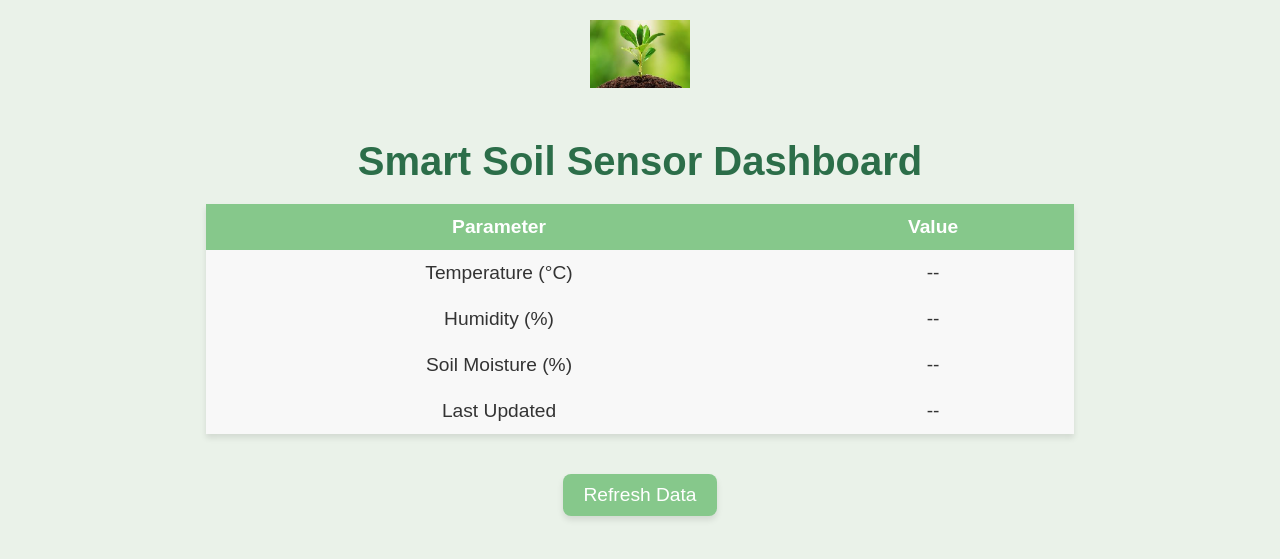
Repository: Terry816/Plantminder
Page: templates/dashboard.html
The author's editor kept a copy of each file at every save. The page is drawn from the files as they stood at one save, then again after the next save.
The browser window is 1280 px wide. The pictures show the whole page.
The page's requests for data from a server got no answer.

Above is the page before, as saved 2024-12-13 02:26:36.

### templates/dashboard.html
<!DOCTYPE html>
<html lang="en">
<head>
    <meta charset="UTF-8">
    <meta name="viewport" content="width=device-width, initial-scale=1.0">
    <title>Smart Soil Sensor Dashboard</title>
    <style>
        /* General Styles */
        body {
            font-family: 'Arial', sans-serif;
            background-color: #eaf2e9; /* Light green background */
            color: #4e5b31; /* Dark green text */
            padding: 20px;
            margin: 0;
            text-align: center;
        }

        h1 {
            color: #2c6e49; /* Deep green color for the title */
            font-size: 2.5em;
            margin-bottom: 20px;
        }

        table {
            width: 70%;
            margin: 0 auto;
            border-collapse: collapse;
            background-color: #f4f9f3; /* Light green table background */
            box-shadow: 0px 4px 6px rgba(0, 0, 0, 0.1);
        }

        th, td {
            padding: 12px 20px;
            text-align: center;
            font-size: 1.2em;
        }

        th {
            background-color: #86c88b; /* Light green background for headers */
            color: #fff;
        }

        td {
            background-color: #f8f8f8; /* Light background for data rows */
            color: #333;
        }

        /* Status Colors */
        .good {
            color: #4caf50; /* Green */
        }

        .warning {
            color: #ff9800; /* Orange */
        }

        .critical {
            color: #f44336; /* Red */
        }

        .timestamp {
            margin-top: 20px;
            font-style: italic;
            font-size: 1.1em;
            color: #7d8f66; /* Grey color for timestamp */
        }

        .plant-icon {
            width: 100px; /* Adjust the width of the image */
            height: auto; /* Maintain the aspect ratio */
            margin-bottom: 20px;
        }

        /* Button Styles */
        .refresh-btn {
            background-color: #86c88b; /* Light green button */
            border: none;
            padding: 10px 20px;
            color: white;
            font-size: 1.2em;
            cursor: pointer;
            margin-top: 20px;
            border-radius: 8px;
            box-shadow: 0 4px 6px rgba(0, 0, 0, 0.1);
        }

        .refresh-btn:hover {
            background-color: #76b07d;
        }
    </style>
</head>
<body>

    <!-- Page Heading with Plant Icon -->
    <img src="plant.jpg" class="plant-icon" alt="Plant Icon">
    <h1>Smart Soil Sensor Dashboard</h1>

    <!-- Table to Display Sensor Data -->
    <table>
        <thead>
            <tr>
                <th>Parameter</th>
                <th>Value</th>
            </tr>
        </thead>
        <tbody>
            <tr>
                <td>Temperature (°C)</td>
                <td id="temperature">--</td>
            </tr>
            <tr>
                <td>Humidity (%)</td>
                <td id="humidity">--</td>
            </tr>
            <tr>
                <td>Soil Moisture (%)</td>
                <td id="soil_moisture">--</td>
            </tr>
            <tr>
                <td>Last Updated</td>
                <td id="timestamp">--</td>
            </tr>
        </tbody>
    </table>

    <!-- Timestamp Section -->
    <div class="timestamp" id="timestamp"></div>

    <!-- Refresh Button -->
    <button class="refresh-btn" onclick="updateData()">Refresh Data</button>

    <script>
        // Function to fetch data from Flask's /data route
        function updateData() {
            fetch('/data')
                .then(response => response.json())
                .then(data => {
                    // Update sensor values
                    document.getElementById('temperature').textContent = data.temp.toFixed(2);
                    document.getElementById('humidity').textContent = data.hum.toFixed(2);
                    document.getElementById('soil_moisture').textContent = data.soil.toFixed(2);
                    document.getElementById('timestamp').textContent = new Date().toLocaleString();

                    // Change colors based on sensor values
                    const temp = data.temp;
                    const hum = data.hum;
                    const soil = data.soil;

                    // Temperature color coding
                    const tempElement = document.getElementById('temperature');
                    if (temp < 18) tempElement.classList.add('cool');
                    else if (temp < 30) tempElement.classList.add('good');
                    else tempElement.classList.add('warning');

                    // Humidity color coding
                    const humElement = document.getElementById('humidity');
                    if (hum < 40) humElement.classList.add('warning');
                    else if (hum < 60) humElement.classList.add('good');
                    else humElement.classList.add('critical');

                    // Soil Moisture color coding
                    const soilElement = document.getElementById('soil_moisture');
                    if (soil < 30) soilElement.classList.add('critical');
                    else if (soil < 60) soilElement.classList.add('warning');
                    else soilElement.classList.add('good');
                })
                .catch(error => console.error('Error fetching data:', error));
        }

        // Call updateData function every 5 seconds
        setInterval(updateData, 5000);

        // Call it once to load the initial data
        updateData();
    </script>

</body>
</html>

After the next save:
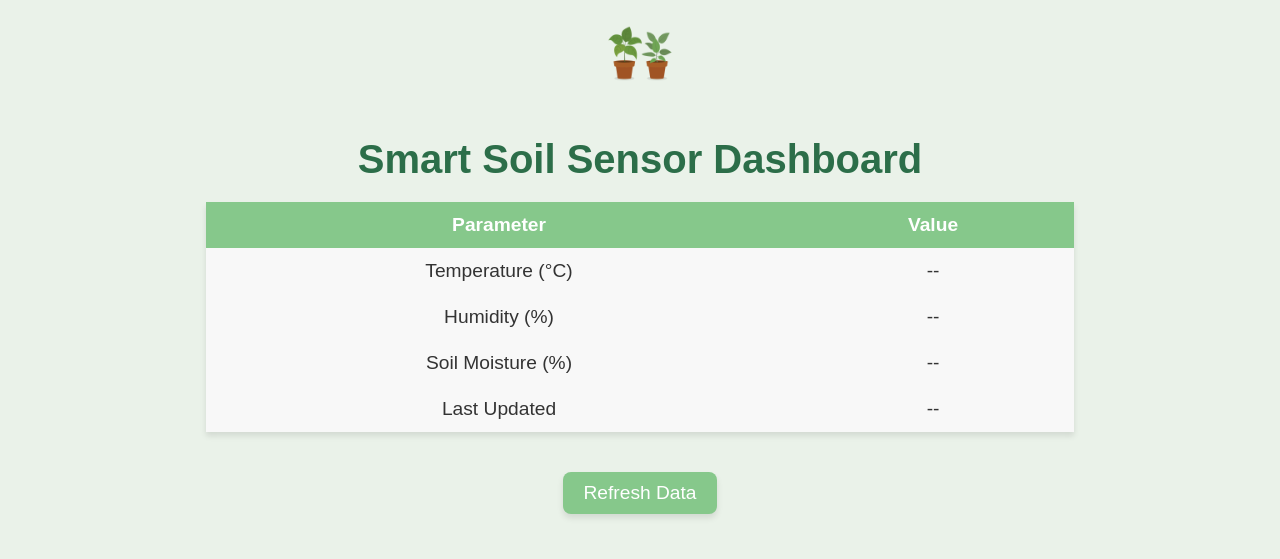
Saved 3 min 28 s later.
--- a/templates/dashboard.html
+++ b/templates/dashboard.html
@@ -92,7 +92,7 @@
 <body>
 
     <!-- Page Heading with Plant Icon -->
-    <img src="plant.jpg" class="plant-icon" alt="Plant Icon">
+    <img src="plant2.png" class="plant-icon" alt="Plant Icon">
     <h1>Smart Soil Sensor Dashboard</h1>
 
     <!-- Table to Display Sensor Data -->
